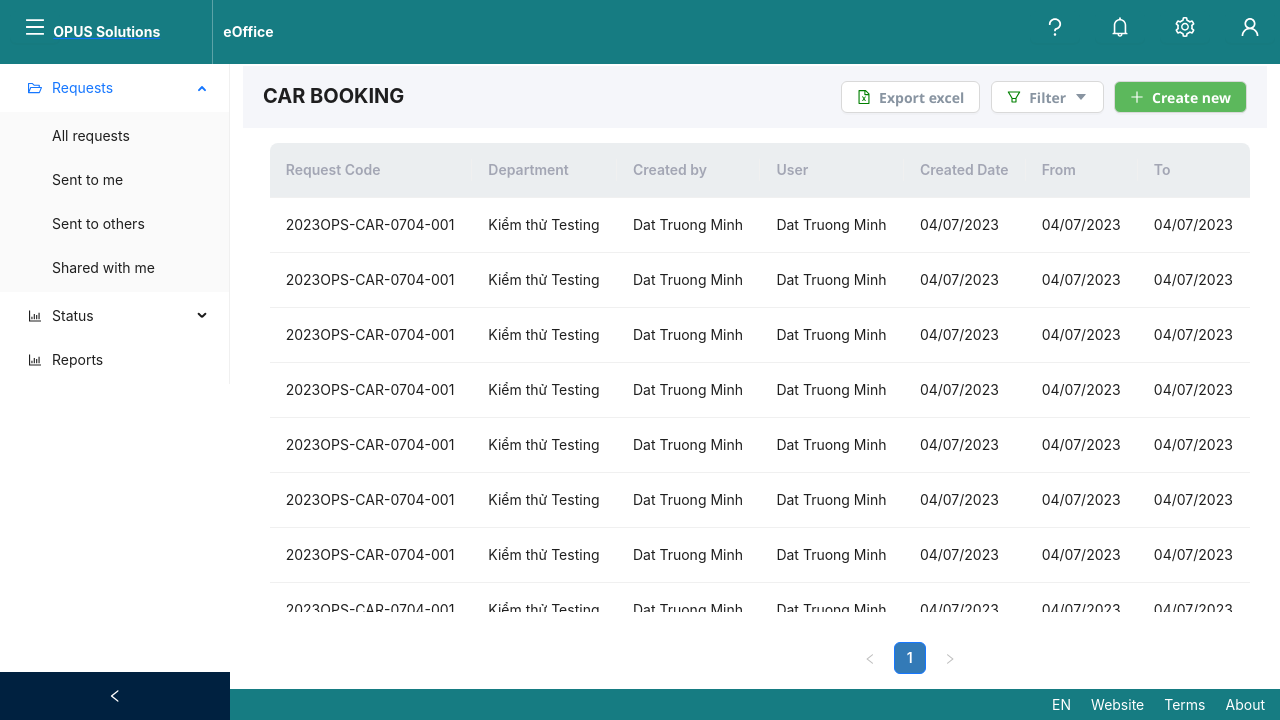
Repository: vannam272008/car-booking
Page: /request/carbooking
An editor plug-in stored every save of this project. The page is shown before and after the next save, followed by the edit.
The browser window is 1280 px wide. The pictures show the whole page.
The project was rebuilt for these pictures with package versions that can differ from the ones it lists, and the page was loaded fresh each time. Also part of the build but not shown: src/Components/DetailRequest/Comments/comment.css, src/Components/DetailRequest/Comments/comment.tsx, src/Components/DetailRequest/Menu/menu.css, src/Components/DetailRequest/Menu/menu.tsx, src/Components/AppSider/AppSider.scss, src/Components/DetailRequest/DetailRequest/detailRequest.tsx, src/Components/AddRequest/MenuAdd/menuAdd.tsx, src/Components/AddRequest/SendApprover/sendApprover.css and 3 more. Imported but missing from the stored project, and not drawn on this page: src/Pages/Home.

Above is the page before, as saved 2023-07-10 16:20:29.

### src/index.tsx
import React from 'react';
import ReactDOM from 'react-dom/client';
import './index.css';
import App from './App';
import reportWebVitals from './reportWebVitals';
import { BrowserRouter } from 'react-router-dom';
import { Provider } from 'react-redux';
import { configureStore } from '@reduxjs/toolkit';
import requestReducer from './Reducers/requestReducer';
import { store } from './Store/store';


const root = ReactDOM.createRoot(
  document.getElementById('root') as HTMLElement
);
root.render(
  <Provider store={store}>
    <React.StrictMode>
      <BrowserRouter>
        <App />
      </BrowserRouter>
    </React.StrictMode>
  </Provider>
);

// If you want to start measuring performance in your app, pass a function
// to log results (for example: reportWebVitals(console.log))
// or send to an analytics endpoint. Learn more: https://bit.ly/CRA-vitals
reportWebVitals();

### src/App.tsx
import { Route, Routes } from 'react-router-dom';
import './App.css';
import Home from './Pages/Home';
import DetailRequest from './Components/DetailRequest/DetailRequest/detailRequest';
import ManageRequest from './Pages/ManageRequest/ManageRequest';
import AddRequest from './Components/AddRequest/AddRequest/addRequest';


function App() {
  return (
    <Routes>
      <Route path="/" element={<Home />} />
      <Route path="/request/carbooking" element={<ManageRequest />} />
      <Route path="/request/detail" element={<DetailRequest />} />
      <Route path='/request/addrequest' element={<AddRequest />} />
      {/* <Route path="/employee/create" element={<AddEmployee />} />
        <Route path="/department/create" element={<AddDepartment />} /> */}
    </Routes>
  );
}

export default App;

### src/Store/store.ts
import requestReducer from "../Reducers/requestReducer";
import { configureStore, createStore } from "@reduxjs/toolkit";


// export const store = configureStore({
//     reduder: {
//         request: requestReducer
//     }
// });

export const store = createStore(requestReducer);

### src/Reducers/requestReducer.ts
// interface RequestState {
//     requestList: string[]
// }

const initState = {
    requestList: [],
    success: true,
}

const requestReducer = (state = initState, action: { type: any; payload: any }) => {
    switch (action.type) {
        case 'SET_REQUEST_LIST':
            return {
                ...state,
                requestList: action.payload,
                success: false
            }
        default:
            return state
    }
}

export default requestReducer

### src/Components/RequestLayout/index.jsx
import React, { useState } from 'react';
import { LaptopOutlined, NotificationOutlined, UserOutlined } from '@ant-design/icons';
import { Layout, theme } from 'antd';
import AppHeader from '../../Components/AppHeader';
import AppSider from '../../Components/AppSider';
import AppFooter from '../../Components/AppFooter';

import "./RequestLayout.scss";

const { Content } = Layout;

const RequestLayout = ({ profile, children }) => {
    const {
        token: { colorBgContainer },
    } = theme.useToken();

    return (
        <div className='manage-request'>
            <AppHeader />
            <Content>
                <Layout style={{ padding: '24px 0', backgroundColor: colorBgContainer }}>
                    <AppSider profile={profile} />
                    <Layout style={{ padding: '24px 0px',backgroundColor: colorBgContainer}}>
                        <Content style={{ padding: '0 24px', minHeight: 280 }}>
                            {children()}
                        </Content>
                    </Layout>
                </Layout>
            </Content>
            <AppFooter />
        </div>


    );
};

export default RequestLayout;

### src/Components/DetailRequest/DetailRequest/detailRequest.css
*{
    box-sizing: border-box;
  }
  .required {
    color: red;
  }
  .page-detail-request{
    min-height: calc(100vh - 83px);
    transition: all 0.3s;
    background-color: #ffffff;
    font-family: "Helvetica Neue",Helvetica,Arial,sans-serif;
    font-size: 14px;
    line-height: 1.42857143;
    color: #333;
    background-color: #fff;
  }

  .info-detail-request{
    margin-top: 85px;
    margin-right: -20px;
    padding-right: 15px;
  }

  .info-basic-detail-request p{
    width: 100%;
    font-weight: 700;
  }

  .title-detail-request{
    color: #434343;
    text-align: center;
    font-size: 30px;
    margin-top: 20px;
    margin-bottom: 20px;
    font-family: inherit;
    font-weight: 500;
    line-height: 1.1;
    font-weight: 700;
  }

  .content-detail-request{
    font-family: "Segoe UI";
    font-size: 14px;
    line-height: 1.42857143;
  }

  .col-detail-request{
    margin-bottom: 15px;
    position: relative;
    min-height: 1px;
    padding-right: 15px;
    padding-left: 15px;
  }

  .col-detail-request label{
    display: inline-block;
    max-width: 100%;
    margin-bottom: 5px;
    font-weight: 700;
    cursor: default;
    font-family: "Segoe UI";
  }
  .attention-detail-request{
    margin-top: 30px;
    margin-bottom: 30px;
    font-family: "Segoe UI";
  }

  .attention-detail-request  p{
    font-size: 1.1em;
    font-weight: 300;
    line-height: 1.7em;
    color: #130e0e;
  }

  .list-approvers p{
    font-size: 1.1em;
    font-weight: 300;
    line-height: 1.7em;
    color: #130e0e;
    margin: 0 0 10px;
  }

  .approver{
    margin-bottom: 15px;
    position: relative;
    min-height: 1px;
    padding-right: 15px;
    padding-left: 15px;
  }

  .approver  label{
    display: inline-block;
    max-width: 100%;
    margin-bottom: 5px;
    font-weight: 700;
    cursor: default;
  }

### src/Pages/ManageRequest/index.css
.request {
  display: flex;
  justify-content: center;
  text-align: center;
}

#navbar {
  background-color: #f5f6fa;
  display: flex;
  justify-content: space-between;
  padding: 15px 15px;
  position: fixed;
  z-index: 2;
  width: 80%;
  margin-top: 18px;
}

.title {
  text-transform: uppercase;
  font-weight: bold;
  font-size: 20px;
  padding: 0 0 0 5px;
}

.content .ant-table {
  margin-top: 95px;
  width: 101%;
}

.content .ant-table-thead .ant-table-cell {
  background-color: #ebeef0;
  color: #a3a6b4;
}

.content .ant-table-tbody > tr:hover {
  background-color: #f4f0f0;
  cursor: pointer;
}

.content {
  position: relative;
}

.ant-pagination {
  position: fixed;
  bottom: 0;
  background-color: white;
  padding: 30px;
  width: 100%;
}

.ant-pagination .ant-pagination-item-active {
  background-color: #337ab7;
  color: white;
}

.filter-form {
  padding: 16px;
  background-color: white;
  box-shadow: 0 6px 12px rgba(0, 0, 0, 0.175);
}

.filter-form .ant-form-item {
  margin-bottom: 8px;
}

.filter-form .ant-form-item-control-input {
  display: flex;
}

.filter-form .ant-form-item-control-input .ant-form-item-children-icon {
  margin-left: auto;
}

### src/Components/AppSider/index.tsx
import React, { useState } from 'react';
import type { MenuProps } from 'antd';
import { Layout, Menu, theme, Space } from 'antd';
import { Input } from 'antd';

import { FolderOpenOutlined, BarChartOutlined, SearchOutlined, SettingOutlined } from '@ant-design/icons';
import "./AppSider.scss";
import "./AppSider.css";



const { Sider } = Layout;

type MenuItem = Required<MenuProps>['items'][number];

function getItem(
    label: React.ReactNode,
    key: React.Key,
    icon?: React.ReactNode,
    children?: MenuItem[],
    type?: 'group',
): MenuItem {
    return {
        key,
        icon,
        children,
        label,
        type,
    } as MenuItem;
}



const AppSider = (props: any) => {

    const items: MenuProps['items'] = [
        getItem('Requests', 'requests', <FolderOpenOutlined />, [
            getItem('All requests', 'all-request'),
            getItem('Sent to me', 'sent-to-me'),
            getItem('Sent to others', 'sent-to-others'),
            getItem('Shared with me', 'shared-with-me'),
        ]),

        getItem('Status', 'status', <BarChartOutlined />, [
            getItem('Draft', 'draft'),
            getItem('Approving', 'approving'),
            getItem('Approved', 'approved'),
            getItem('Rejected', 'rejected'),
        ]),

        getItem('Reports', 'reports', <BarChartOutlined />),

    ];

    const profileItems: MenuProps['items'] = [

        getItem('Setting', 'setting', <SettingOutlined />),

    ];

    const [openItem, setOpenItem] = useState('requests');

    const handleClick: MenuProps['onClick'] = (e) => {
        console.log('click ', e);
    };
    const [collapsed, setCollapsed] = useState(false);
    const {
        token: { colorBgContainer },
    } = theme.useToken();
    return (
        <Sider collapsible collapsed={collapsed} onCollapse={(value) => setCollapsed(value)} style={{ background: colorBgContainer }} width={230}>
            <Space.Compact size="large">
                <Input addonBefore={<SearchOutlined />} placeholder="..." />
            </Space.Compact>
            <div className='menu'>
                <Menu
                    className="menu-container"
                    mode="inline"
                    defaultSelectedKeys={[openItem]}
                    defaultOpenKeys={['requests']}
                    openKeys={[openItem]}
                    style={{ height: '100%' }}
                    items={props.profile ? profileItems : items}
                    onClick={handleClick}
                    onOpenChange={(openKey) => {
                        setOpenItem(openKey[1])
                    }}
                >
                </Menu>
            </div>
        </Sider>


    )
}

export default AppSider;

### src/Components/AppFooter/index.tsx
import { Layout } from 'antd';
import "./AppFooter.scss";

const { Footer } = Layout

const AppFooter = () => {
    return (
        <Footer className='mcs-footer'>
            <div>
                <span className='footer-left'><b>Tasken @ Opus Solution</b></span>
                <div className='footer-right'>
                    <span>EN</span>
                    <span>Website</span>
                    <span>Terms</span>
                    <span>About</span>
                </div>
            </div>

        </Footer>)
}

export default AppFooter;

### src/Components/AppHeader/AppHeader.scss
.mcs-header {
    position: fixed;
    z-index: 1001;
    align-items: center;
    background-color: #167c82;
    width: 100%;
    padding-inline: 0;

    & .row-header {
        align-items: center;

        & .btn-menu {
            border: none;
            background-color: #167c82;
            color: white;
            font-size: 20px;
            margin-left: 10px;
        }
    }

    & .col-logo {
        width: 100%;
        border-right: 1px solid rgba(255, 255, 255, 0.3);


        & p {
            width: 100%;
            color: white;
            display: contents;
        }
    }

    & .col-label {
        padding-left: 10px;
        width: 100%;


        & p {
            width: 100%;
            color: white;
            display: contents;
        }
    }

    & .col-function {
        & .group-btn {
            float: right;

            & .btn-item {
                font-size: 20px;
                margin-left: 5px;
                margin-right: 5px;
                border: none;
                background-color: #167c82;
                color: white;

                margin-left: 10px;
            }

        }
    }







}

.ant-dropdown {

    & .dropdown-help {
        display: block;
        right: 0;
        top: 50px;
        width: 320px;
        height: calc(100vh - 84px);
        background-color: #fff;
        border: 1px solid #c8c8c8;

        & .title-dropdown {
            border-bottom: 1px solid #ddd;
            padding-bottom: 5px;
            padding-top: 5px;

            & span {
                margin-left: 10px;
                font-size: 25px;
            }

            & .btn-close {
                font-size: 20px;
                margin-left: 5px;
                margin-right: 5px;
                border: none;
                background-color: white;
                color: black;
                float: right;
            }
        }

        & .content-dropdown {
            display: block;
            margin-top: 10px;




            & .account-info {
                & img {
                    margin-left: 10px;
                    float: left;
                    width: 64px;
                    height: 64px;
                }

                & .info-name {
                    margin-left: 10px;
                    float: left;
                    font-size: 20px;
                }

                & .info-email {
                    margin-left: 10px;
                    font-style: italic;
                }
            }

            .content-info {
                border-top: 1px solid #ddd;
                margin-top: 20px;

                & span {
                    font-size: 20px;
                    margin-left: 10px;
                }

                & p {
                    color: #4BA747;
                    margin-left: 25px;
                }
            }

            & span {
                font-size: 20px;
                margin-left: 10px;
            }

            & p {
                color: #4BA747;
                margin-left: 25px;
            }


        }




    }
}

// .logo {
//     width: 200px;
//     height: 100px;
// }

// .header {
//     background-color: #fff;
//     height: 100px;
//     line-height: 100px;
//     padding: 0;
// }

// .header-name {
//     font-family: 'Segoe UI';
//     font-size: 16px;
//     font-weight: 700;
//     color: #0273bb;
// }

// .header-homepage {
//     font-family: 'Segoe UI';
//     font-size: 16px;
//     font-weight: 700;
//     color: #0273bb;
//     float: right;
//     padding-right: 50px;
//     position: relative;
//     top: -100px;
// }

// .logo-name {
//     display: flex;
// }


/* Extra small devices (phones, 600px and down) */
@media only screen and (max-width: 600px) {
    .header-homepage {
        display: none;
    }

    .header-name {
        font-size: 10px;
    }
}

/* Small devices (portrait tablets and large phones, 600px and up) */
@media only screen and (min-width: 600px) {}

/* Medium devices (landscape tablets, 768px and up) */
@media only screen and (min-width: 768px) {}

/* Large devices (laptops/desktops, 992px and up) */
@media only screen and (min-width: 992px) {}

/* Extra large devices (large laptops and desktops, 1200px and up) */
@media only screen and (min-width: 1240px) {}

### src/Components/AppFooter/AppFooter.scss
.mcs-footer {
    background-color: #167c82;
    color: #fff;
    position: fixed;
    width: 100%;
    bottom: 0;
    padding: 5px;

    & .footer-left {
        float: left;
    }

    & .footer-right {
        float: right;

        & span {
            padding-left: 10px;
            padding-right: 10px;
        }
    }
}

### src/Components/AppSider/AppSider.css
.menu-sider-layout{
    position: relative;
    z-index: 1;
    border: 2px solid black;
    height: 100px;
    margin: 30px;
}

Loaded but not shown: public/index.html (common file); src/index.css (common file); src/reportWebVitals.ts (common file); src/App.css (common file); src/Components/AppHeader/index.tsx (200 lines, source omitted); src/Pages/ManageRequest/ManageRequest.tsx (226 lines, source omitted); src/Components/AddRequest/MenuAdd/menuAdd.css (no stored copy; drawn as an empty file); src/Components/RequestLayout/RequestLayout.scss (no stored copy; drawn as an empty file)

After the next save:
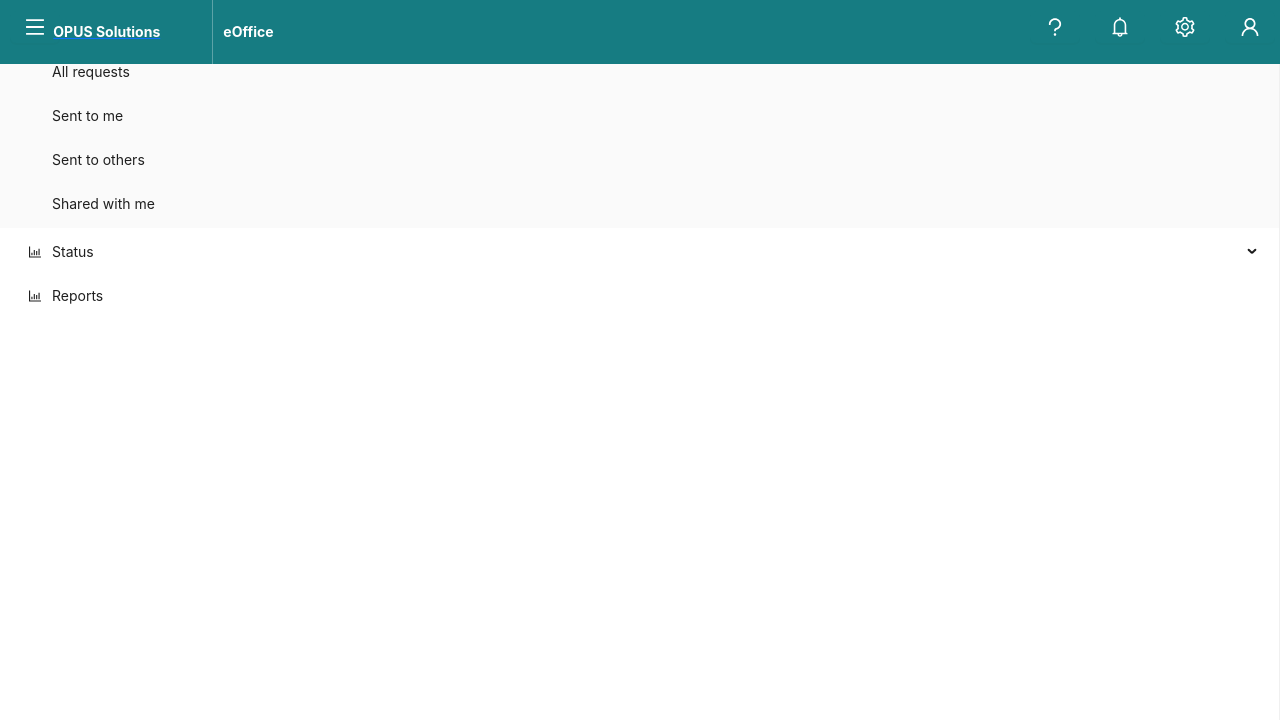
Saved 64 s later.
--- a/src/Components/AppSider/AppSider.css
+++ b/src/Components/AppSider/AppSider.css
@@ -1,7 +1,13 @@
-.menu-sider-layout{
-    position: relative;
-    z-index: 1;
-    border: 2px solid black;
-    height: 100px;
-    margin: 30px;
-}
+.menu-container {
+    position: fixed;
+    top: 0;
+    left: 0;
+    right: 0;
+    width: 100%;
+    z-index: 999; /* đảm bảo menu nằm trên các thành phần khác */
+  }
+
+  .menu {
+    height: 100%; /* hoặc chiều cao tùy chọn */
+    overflow-y: auto; /* hiển thị thanh cuộn khi nội dung vượt quá chiều cao */
+  }

After the save that followed:
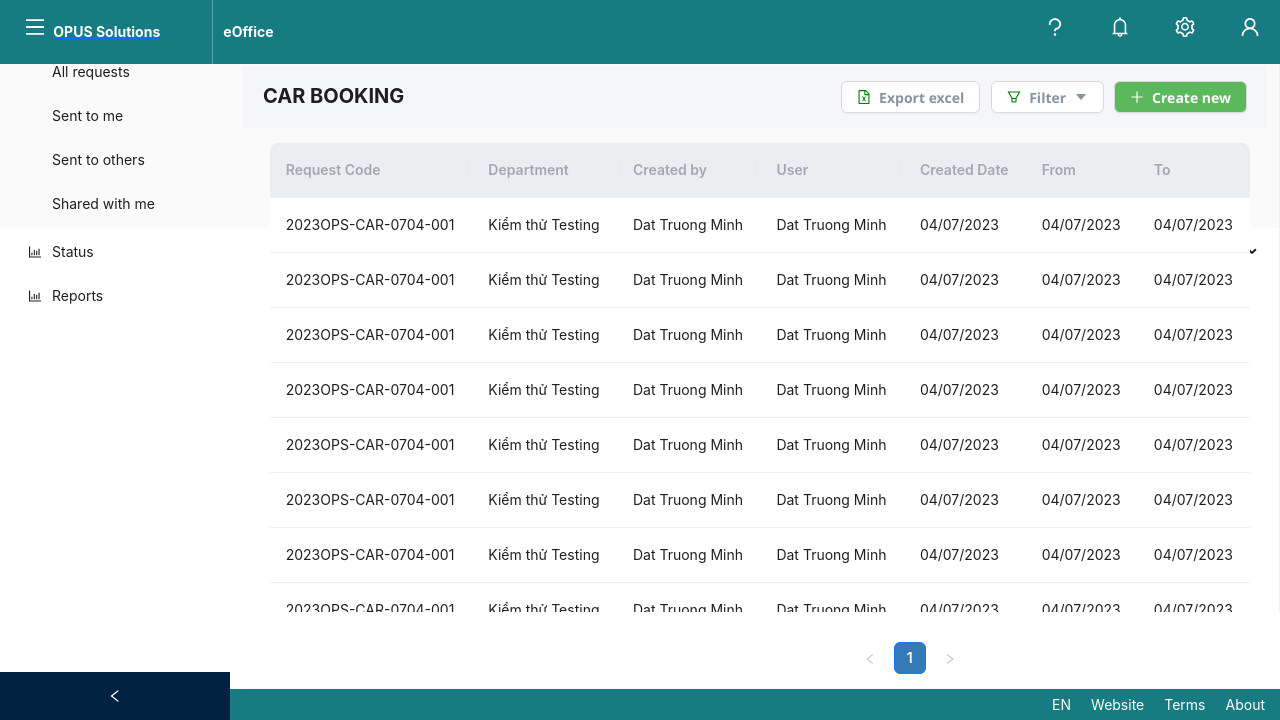
Saved 15 s later.
--- a/src/Components/AppSider/AppSider.css
+++ b/src/Components/AppSider/AppSider.css
@@ -4,7 +4,6 @@
     left: 0;
     right: 0;
     width: 100%;
-    z-index: 999; /* đảm bảo menu nằm trên các thành phần khác */
   }
 
   .menu {
